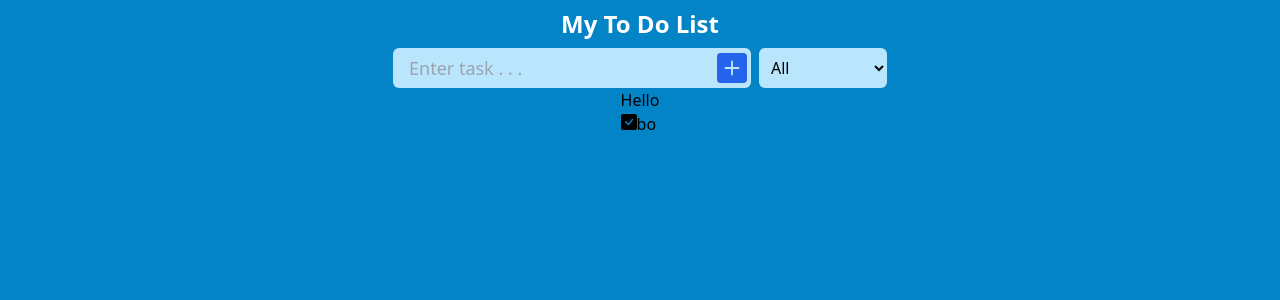
Repository: SaadYasin/react-to-do-list
Page: /
An editor plug-in stored every save of this project. The page is shown before and after the next save, followed by the edit.
The browser window is 1280 px wide. The pictures show the whole page.
The project was rebuilt for these pictures with package versions that can differ from the ones it lists, and the page was loaded fresh each time. Also part of the build but not shown: src/App.css.

Above is the page before, as saved 2022-11-10 22:46:29.

After the next save:
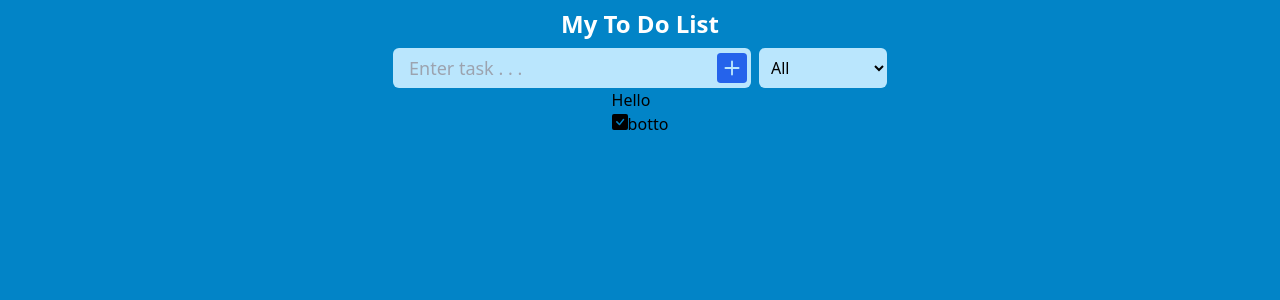
Saved 4 s later.
--- a/src/components/Todo.js
+++ b/src/components/Todo.js
@@ -9,7 +9,7 @@ const Todo = () => {
       <button>
         <BsCheckSquareFill />
       </button>
-      bo
+      botto
     </div>
   );
 }
